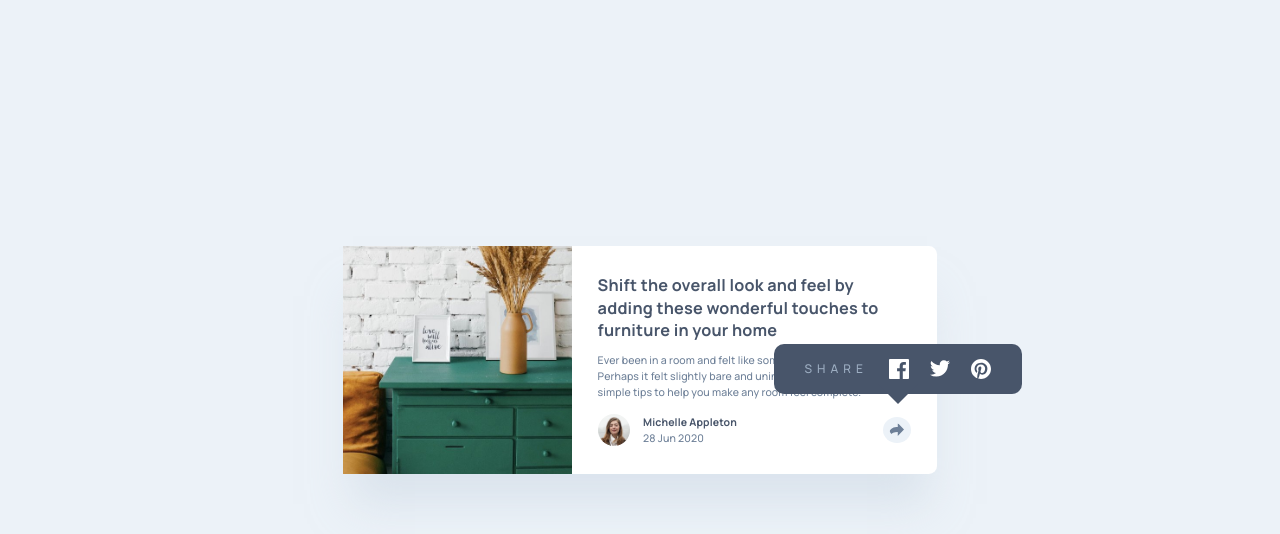
Repository: brandontaylor1/article-preview-component
Page: index.html
An editor plug-in stored every save of this project. The page is shown before and after the next save, followed by the edit.
The browser window is 1280 px wide. The pictures show the whole page.
After loading, the first visible `img.share-btn` was clicked once.

Above is the page before, as saved 2025-01-15 17:11:46.

### index.html
<!DOCTYPE html>
<html lang="en">
<head>
    <meta charset="UTF-8">
    <meta name="viewport" content="width=device-width, initial-scale=1.0">
    <link rel="preconnect" href="https://fonts.googleapis.com">
    <link rel="preconnect" href="https://fonts.gstatic.com" crossorigin>
    <link href="https://fonts.googleapis.com/css2?family=Manrope:wght@200..800&display=swap" rel="stylesheet">
    <link rel="stylesheet" href="styles.css">
    <title>Article Preview Component</title>
</head>
<body>

    <div class="container">
        <main class="component">
            <div class="img-container">

            </div>
            <div class="component-content">
                <h2>Shift the overall look and feel by adding these wonderful touches to furniture in your home</h2>
                <p class="subheading">Ever been in a room and felt like something was missing? Perhaps it felt slightly bare and uninviting. I’ve got some simple tips to help you make any room feel complete.</p>
                    <div class="social-box">
                        <div class="social-info">
                            <img src="./assets/images/avatar-michelle.jpg" alt="Picture of User Michelle">
                            <div class="social-info-text">
                                <p>Michelle Appleton</p>
                                <p>28 Jun 2020</p>
                            </div>
                        </div>
                    <img src="./assets/images/icon-share.svg" class="share-btn" alt="Share Icon">

                    <div class="share-box">
                        <div class="share-box-details">
                            <p>SHARE</p>
                            <img src="./assets/images/icon-facebook.svg" alt="Facebook Icon">
                            <img src="./assets/images/icon-twitter.svg" alt="Twitter Icon">
                            <img src="./assets/images/icon-pinterest.svg" alt="Pinterest Icon">
                        </div>
                        <div class="triangle-down"></div>
                    </div>
                </div>
            </div>
        </main>
    </div>

    <script src="index.js"></script>
</body>
</html>

### styles.css
* {
    margin: 0;
    padding: 0;
    box-sizing: border-box;
}

:root {
    /* COLORS */
    --dark-grayish-blue: hsl(217, 19%, 35%);
    --desaturated-dark-blue: hsl(214, 17%, 51%, 1);
    --grayish-blue: hsl(212, 23%, 69%);
    --light-grayish-blue: hsl(210, 46%, 95%);
}

html {
    font-size: 13px;
}

body {
    font-family: 'Nunito', sans-serif;
    background-color: var(--light-grayish-blue);
}

/* UTILITY CLASS */
.active {
    background-color: var(--grayish-blue);
    color: white;
}

.active-btn {
    display: flex;
}

.container {
    height: 100vh;
    display: flex;
    justify-content: center;
    align-items: center;

}

.component {
    width: 45.625rem;
    height: 17.5rem;
    display: flex;
    align-items: center;
    justify-content: space-between;
    border-radius: 0.625rem;
    background: #FFF;
    box-shadow: 0px 40px 40px -10px rgba(201, 213, 225, 0.50);
    position: relative;
}

.img-container {
    width: 21.87rem;
    height: 100%;
    display: flex;
    justify-content: center;
    align-items: center;
    background-image: url('./assets/images/drawers.jpg');
    background-size: cover;
    background-position: left;
    background-repeat: no-repeat;
}

.component-content {
    width: 34rem;
    padding: 2rem;
}

.component-content h2 {
    color: #48556A;
    font-family: Manrope;
    font-size: 1.25rem;
    font-style: normal;
    font-weight: 700;
    line-height: 1.75rem; /* 140% */
    letter-spacing: 0.01563rem;
    width: 100%;
}

.component-content p {
    color: #6E8098;
    font-family: Manrope;
    font-size: 0.8125rem;
    font-style: normal;
    font-weight: 500;
    line-height: 1.25rem; /* 153.846% */
    letter-spacing: 0.00763rem;
}

.subheading {
    margin-top: .75rem;
    color: #6E8098;
    font-family: Manrope;
    font-size: 0.8125rem;
    font-style: normal;
    font-weight: 500;
    line-height: 1.25rem; /* 153.846% */
    letter-spacing: 0.00763rem;
}

.social-box {
    display: flex;
    justify-content: space-between;
    align-items: center;
    width: 100%;
    margin-top: 1rem;
}

.social-info {
    display: flex;
    align-items: center;
    justify-content: center;

}

.social-info img {
    width: 2.5rem;
    height: 2.5rem;
    border-radius: 50%;
    margin-right: 1rem;
}

.social-info-text {
    display: flex;
    align-items: flex-start;
    justify-content: center;
    flex-direction: column;
}

.social-info-text p:nth-child(1){
    font-weight: 700;
    color: var(--dark-grayish-blue);

}

.share-btn {
    padding: .5rem;
    background: var(--light-grayish-blue);
    color: #FFF;
    border-radius: 50%;
    cursor: pointer;
    position: relative;
}

.share-btn:hover {
    background-color: var(--light-grayish-blue);
    color: var(--desaturated-dark-blue);
}

.share-box {
    justify-content: center;
    align-items: center;
    height: 50px;
    width: 248px;
    background-color: #48556A;
    position: absolute;
    bottom: 80px;
    right: -85px;
    border-radius: 10px;
}


.share-box-details {
    color: #166ed2;
    font-family: "Manrope", sans-serif;
    font-size: 13px;
    font-style: normal;
    font-weight: 500;
    line-height: 20px; /* 153.846% */
    letter-spacing: 5px;
    display: flex;
    align-items: center;
    justify-content: space-between;
    width: 75%;
    z-index: 1;
}

.share-box-details p  {
    color: #9DAEC2;
    font-family: Manrope;
    font-size: 12px;
    font-style: normal;
    font-weight: 500;
    line-height: 20px; /* 153.846% */
    letter-spacing: 5px;
}

.triangle-down {
    width: 0;
    height: 0;
    border-left: 20px solid transparent;
    border-right: 20px solid transparent;
    border-top: 20px solid #48556A;
    position: absolute;
    bottom: -10px;
    z-index: 0;

}

/* Media Queries */
@media screen and (max-width: 626px) {
    .component {
        flex-direction: column;
        height: 32rem;
        width: 20rem;
    }

    .img-container {
        width: 100%;
        height: 50%;
    }

    .component-content {
        width: 100%;
        padding: 1.5rem;

    }

    .component-content h2 {
        color: #48556A;
        font-family: Manrope;
        font-size: 1rem;
        font-style: normal;
        font-weight: 700;
        line-height: 1.5rem; /* 150% */
        letter-spacing: 0.0125rem;
    }

    .component-content p {
        color: #6E8098;
        font-family: Manrope;
        font-size: 0.8125rem;
        font-style: normal;
        font-weight: 500;
        line-height: 1.25rem; /* 153.846% */
        letter-spacing: 0.00763rem;
    }

    .social-box {
        margin-top: 2rem;
    }
}

### index.js
const shareBtn = document.querySelector('.share-btn')
const shareBox = document.querySelector('.share-box')

shareBtn.addEventListener('click', () => {
    console.log("Clicked")
    shareBox.classList.toggle('active-btn');
})

After the next save:
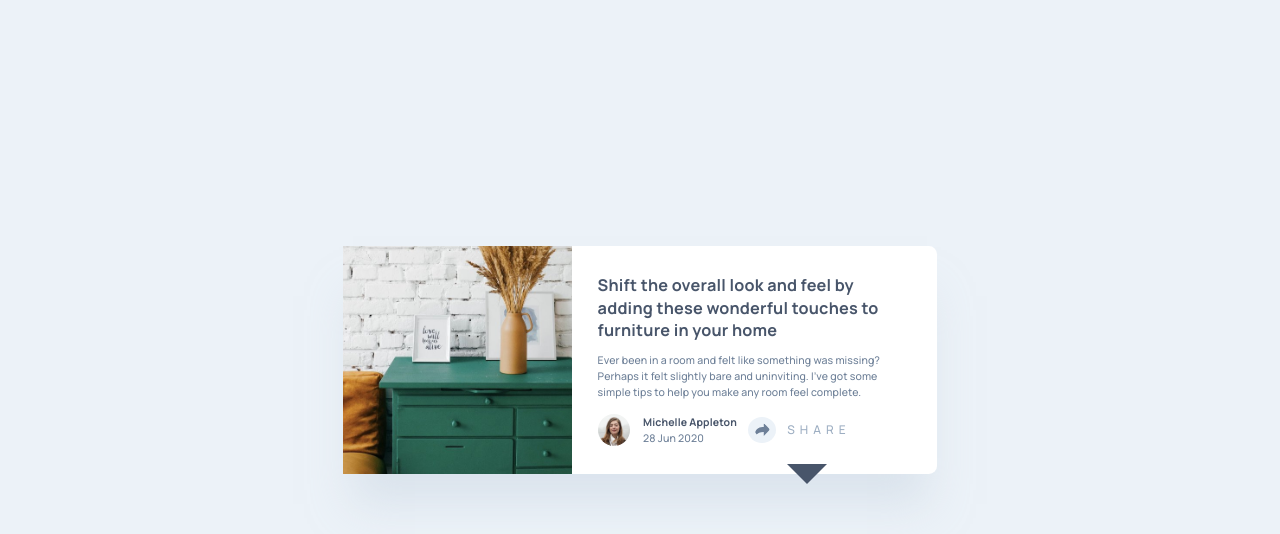
Saved 31 s later.
--- a/index.js
+++ b/index.js
@@ -3,5 +3,5 @@
 
 shareBtn.addEventListener('click', () => {
     console.log("Clicked")
-    shareBox.classList.toggle('active-btn');
+    shareBox.classList.toggle('share-box');
 })

After the save that followed:
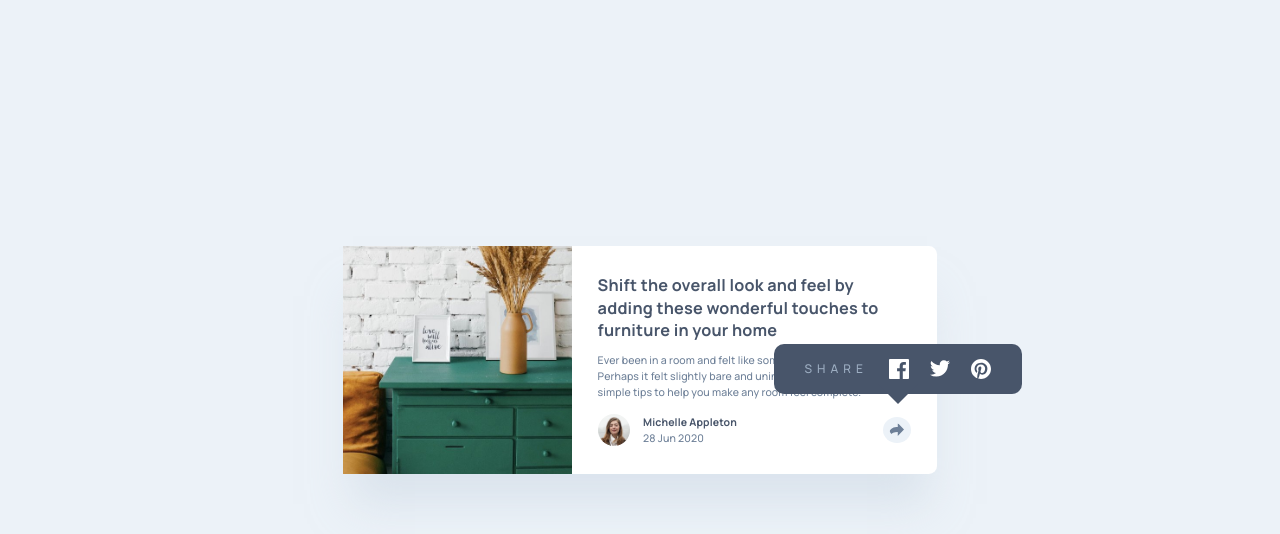
Saved 14 s later.
--- a/index.js
+++ b/index.js
@@ -3,5 +3,5 @@
 
 shareBtn.addEventListener('click', () => {
     console.log("Clicked")
-    shareBox.classList.toggle('share-box');
+    shareBox.classList.toggle('active-btn');
 })
